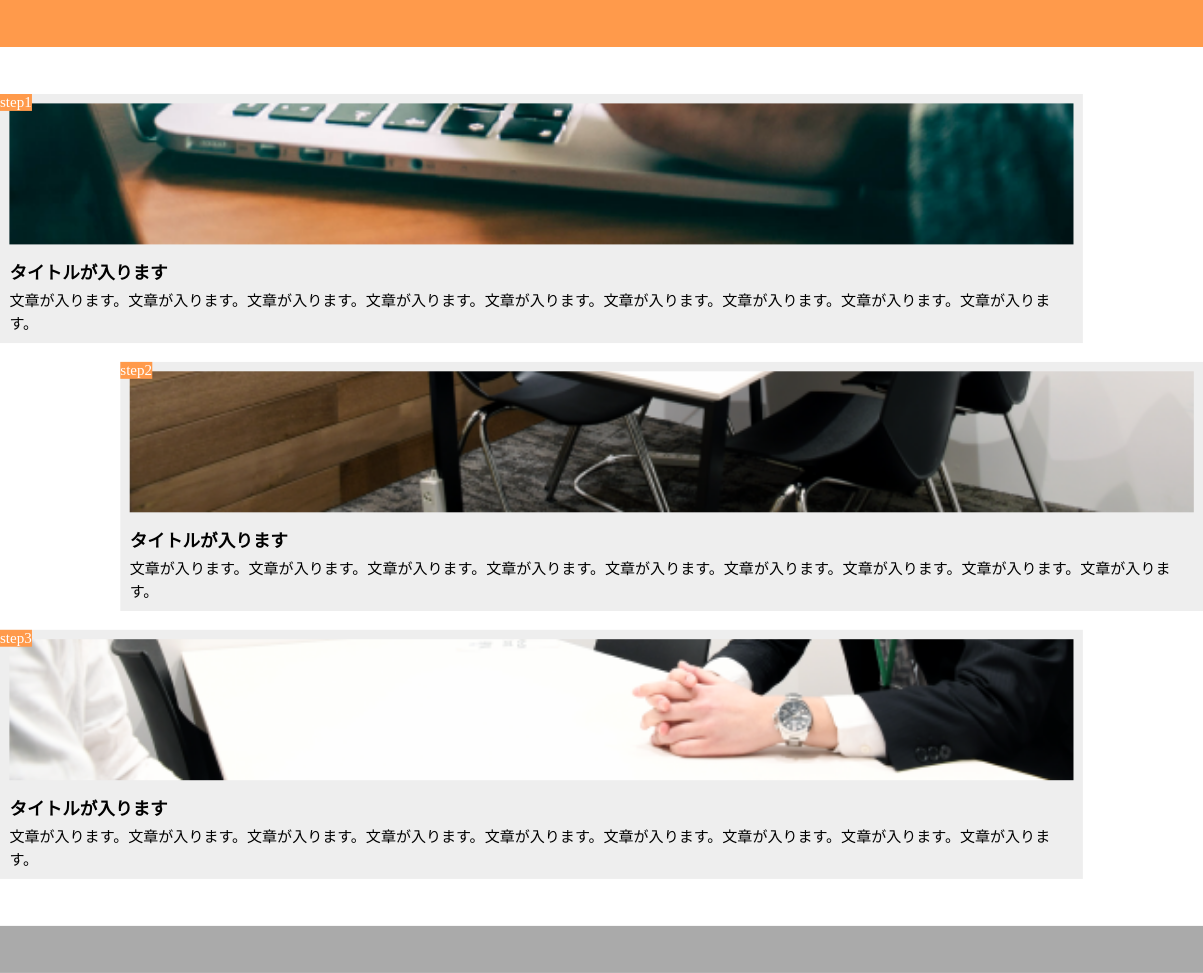
Repository: GAFAMONLINE/kadai
Page: 課題/index.html
The author's editor kept a record of every edit. The page is drawn from the files as they stood at one moment, then again after the next edit.
The browser window is 1280 px wide. The pictures show the whole page, at 94% of full size.

Above is the page before.

After the next edit:
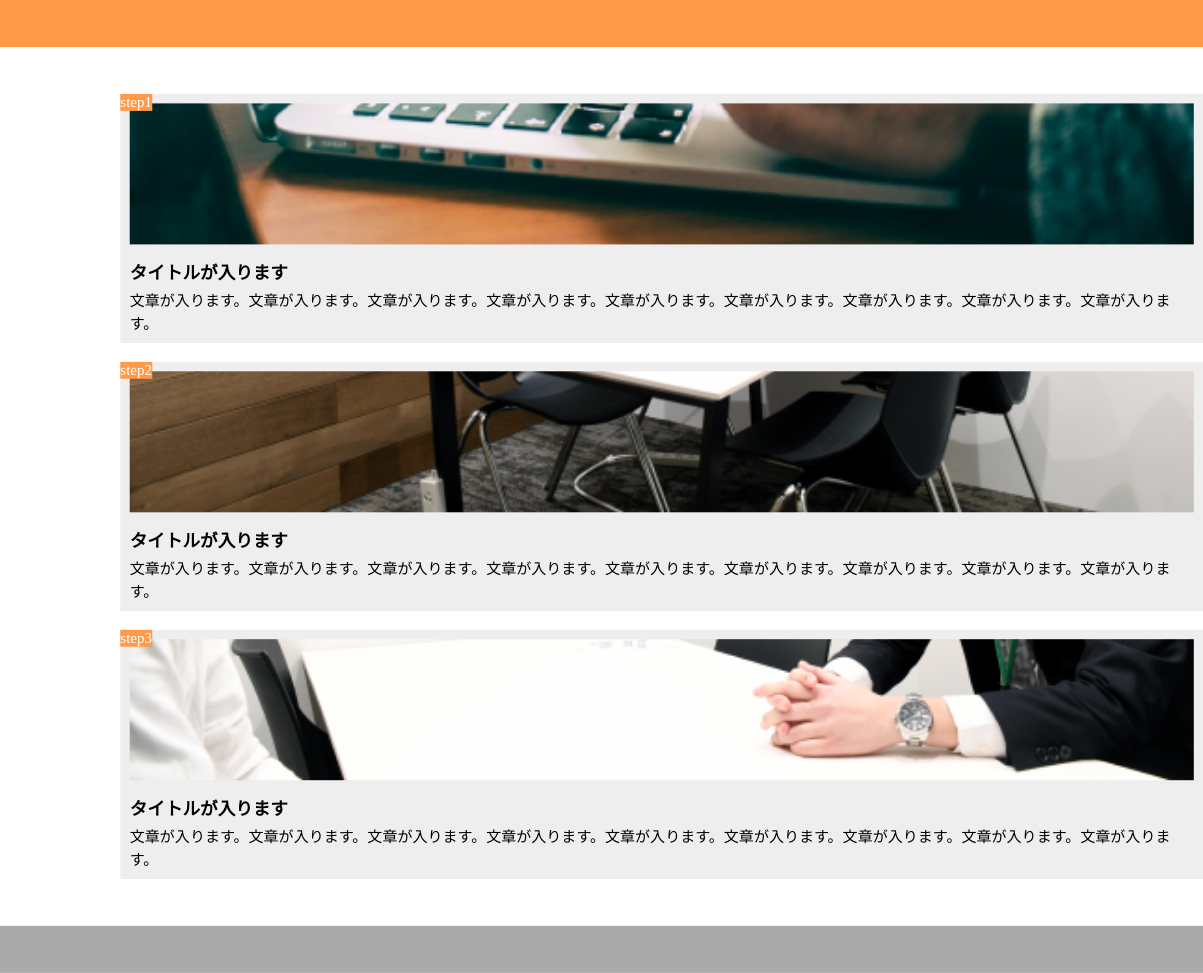
The edit:
--- a/課題/style.css
+++ b/課題/style.css
@@ -83,7 +83,7 @@
 .step-box {
 display: block;
 width: 90%;
-margin-right: 0;
+margin: 0 10%;
 }
 
 .step-box2 {
